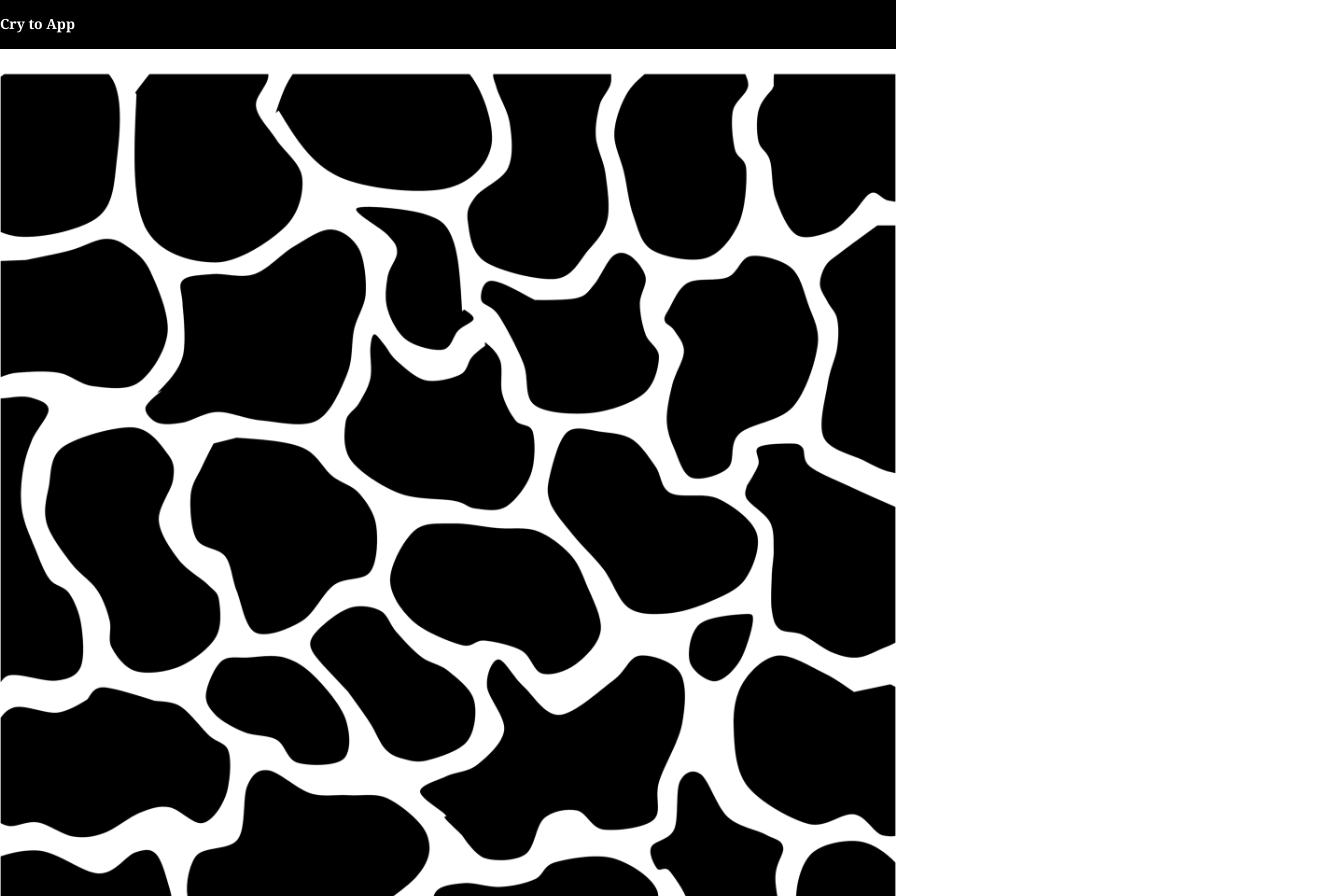
Repository: oninopantsu/crytoapp
Page: /
An editor plug-in stored every save of this project. The page is shown before and after a run of saves, followed by the edit.
The browser window is 1280 px wide. The page is 1280 px wide, then 1920 px, so the pictures cover 1920 px, including what lies to the right of the window. The pictures show the part of the page from y = 0 to 1280 px (the page is 1387 px tall before and 2019 px after), at 70% of full size.
Some web fonts or font styles are not loaded; a fallback is used. The project was rebuilt for these pictures with package versions that can differ from the ones it lists, and the page was loaded fresh each time. Also part of the build but not shown: vue.config.js.

Above is the page before, as saved 2021-09-05 02:36:48.

After the next 5 saves:
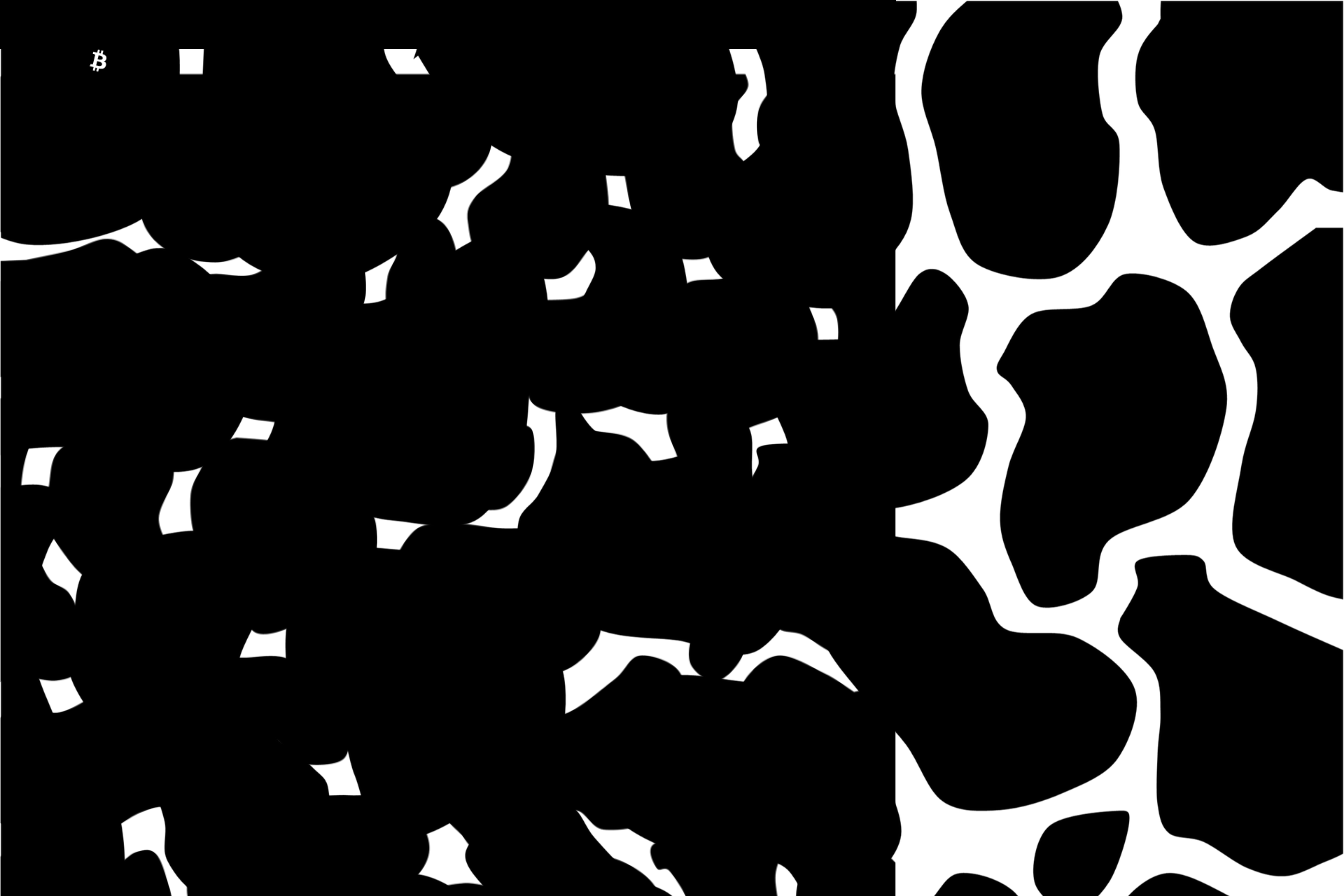
The 5 saves are shown as one change because they came seconds apart.
The last was saved 18 s later.
--- a/src/components/Header.vue
+++ b/src/components/Header.vue
@@ -1,6 +1,7 @@
 <template>
   <header>
     <div class="title">
+      <img src="../assets/back.png" alt="">
       <h1 class="header-logo">Cry to App</h1>
     </div>
   </header>
